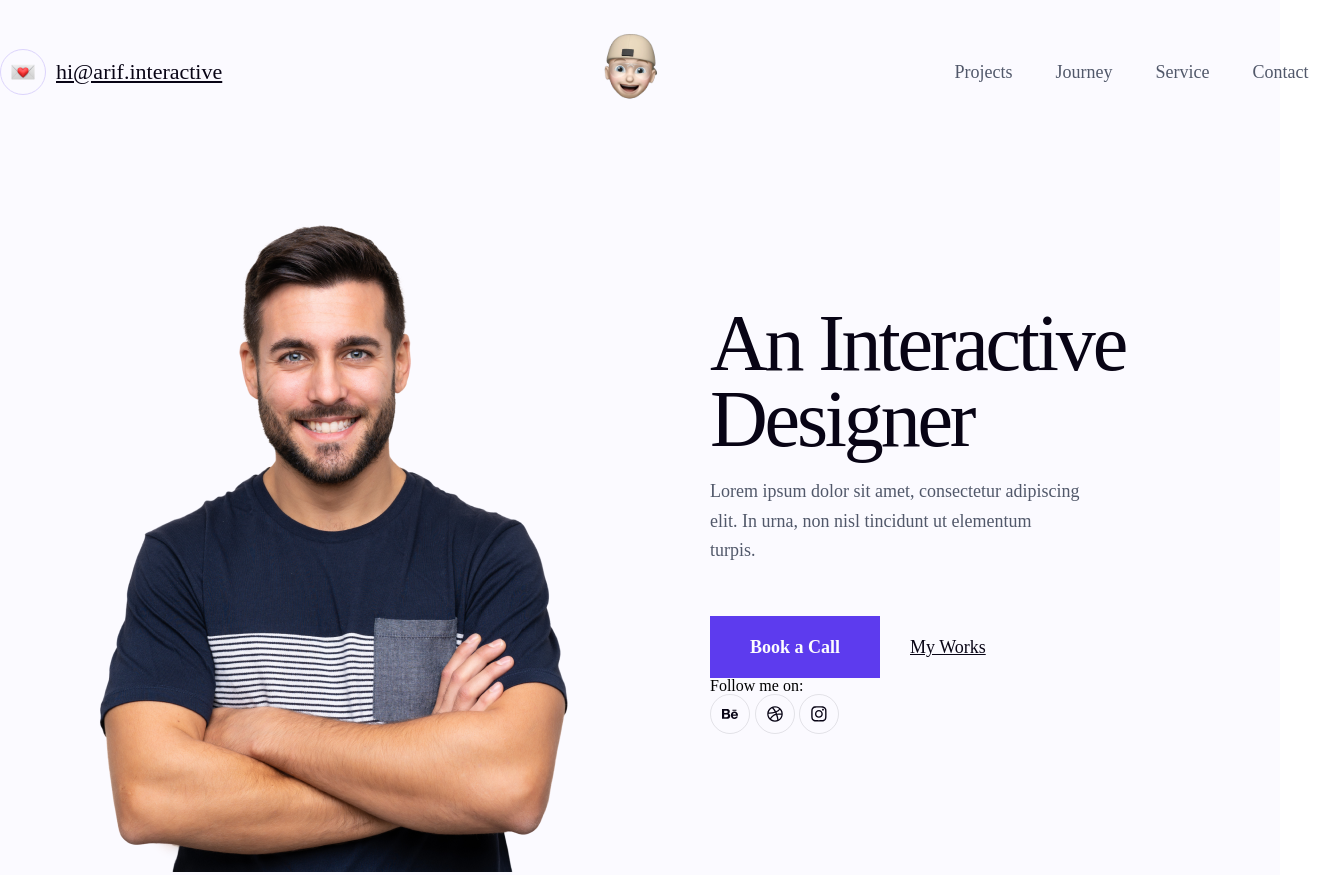
Repository: trantangtuan/project-06-grid-system12column-demo
Page: index.html
These files come from the project's save history. The page is drawn as it stood at one moment and after the next save; the edit follows.
The browser window is 1280 px wide. The page is 1330 px wide, so the pictures cover 1330 px, including what lies to the right of the window. The pictures show the whole page.

Above is the page before, as saved 2024-07-12 21:52:46.

### index.html
<!DOCTYPE html>
<html lang="en">
  <head>
    <meta charset="UTF-8" />
    <meta name="viewport" content="width=device-width, initial-scale=1.0" />
    <title>Project - 06 - use grid systerm 12 column</title>
    <!-- reset css -->
    <link rel="stylesheet" href="./assets/css/reset.css" />
    <!-- grid css -->
    <link rel="stylesheet" href="./assets/css/grid.css" />
    <!-- style css -->
    <link rel="stylesheet" href="./assets/css/style.css" />
    <!-- responsive css -->
    <link rel="stylesheet" href="./assets/css/responsive.css" />
  </head>
  <body>
    <!-- header -->
    <header class="header">
      <div class="nav">
        <div class="nav__mail">
          <div class="nav__mail-icon">
            <img
              class="nav__mail-img"
              src="./assets/img/mail-icon.png"
              alt="mail icon"
            />
          </div>
          <a
            href="mailto:nguyenvancuong0345723186@gmail.com"
            class="nav__mail-desc"
          >
            hi@arif.interactive
          </a>
        </div>
        <div class="logo">
          <img src="./assets/img/logo-boy.svg" alt="logo" class="logo-img" />
        </div>
        <ul class="navbar">
          <li>
            <a href="#!" class="navbar__item">Projects</a>
          </li>
          <li>
            <a href="#!" class="navbar__item">Journey</a>
          </li>
          <li>
            <a href="#!" class="navbar__item">Service</a>
          </li>
          <li>
            <a href="#!" class="navbar__item">Contact</a>
          </li>
        </ul>
      </div>
    </header>
    <!-- main -->
    <main class="main">
      <!-- hero -->
      <div class="hero">
        <div class="group-rectangle"></div>
        <div class="container">
          <div class="hero__left">
            <img
              src="./assets/img/hero-img.png"
              alt="image hero"
              class="hero__img"
            />
          </div>
          <div class="hero__right">
            <h1 class="hero__title">An Interactive Designer</h1>
            <p class="hero__desc">
              Lorem ipsum dolor sit amet, consectetur adipiscing elit. In urna,
              non nisl tincidunt ut elementum turpis.
            </p>
            <div class="hero__cta">
              <a href="#!" class="btn btn__book-call">Book a Call</a>
              <a href="#!" class="btn__my-detail">My Works</a>
            </div>
            <div class="hero__social-network">
              <span class="social-network__desc">Follow me on:</span>
              <div class="social-network__group">
                <a href="#!">
                  <img
                    src="./assets/img/Goggle.svg"
                    alt="goggle"
                    class="social-network__icon"
                  />
                </a>
                <a href="#!">
                  <img
                    src="./assets/img/icon.svg"
                    alt="icon"
                    class="social-network__icon"
                  />
                </a>
                <a href="#!">
                  <img
                    src="./assets/img/Instagram.svg"
                    alt="instagram"
                    class="social-network__icon"
                  />
                </a>
              </div>
            </div>
          </div>
        </div>
      </div>
    </main>
  </body>
</html>

### assets/css/grid.css
.container,
.container-fluid {
  --spacer: 10px;
  --column-size: 12;
  width: 100%;
  margin-left: auto;
  margin-right: auto;
  padding-left: calc(var(--spacer) / 2);
  padding-right: calc(var(--spacer) / 2);
}

.row {
  display: flex;
  flex-wrap: wrap;

  margin: 0px calc(-1 * var(--spacer) / 2);
}

.gutter-0 {
  --spacer: 0;
}

[class*="offset-"] {
  margin-left: calc(100% / var(--column-size) * var(--offset-value));
}

.offset-1 {
  --offset-value: 1;
}

.offset-2 {
  --offset-value: 2;
}

.offset-3 {
  --offset-value: 3;
}

.offset-4 {
  --offset-value: 4;
}

.offset-5 {
  --offset-value: 5;
}

.offset-6 {
  --offset-value: 6;
}

.offset-7 {
  --offset-value: 7;
}

.offset-8 {
  --offset-value: 8;
}

.offset-9 {
  --offset-value: 9;
}

.offset-10 {
  --offset-value: 10;
}

.offset-11 {
  --offset-value: 11;
}

.col,
.row[class*="row-cols-"] > *,
.row > [class*="col-"] {
  padding-left: calc(var(--spacer) / 2);
  padding-right: calc(var(--spacer) / 2);
}

.row[class*="row-cols-"] > *,
.row > [class*="col-"] {
  flex: 0 0 auto;
}

.row[class*="row-cols-"] > * {
  width: calc(100% / var(--row-cols-number));
}

.row-cols-1 > * {
  --row-cols-number: 1;
}

.row-cols-2 > * {
  --row-cols-number: 2;
}

.row-cols-3 > * {
  --row-cols-number: 3;
}

.row-cols-4 > * {
  --row-cols-number: 4;
}

.row-cols-5 > * {
  --row-cols-number: 5;
}

.row-cols-6 > * {
  --row-cols-number: 6;
}

.row > [class*="col-"] {
  width: calc(100% / var(--column-size) * var(--column-number));
}

.col-1 {
  --column-number: 1;
}

.col-2 {
  --column-number: 2;
}

.col-3 {
  --column-number: 3;
}

.col-4 {
  --column-number: 4;
}

.col-5 {
  --column-number: 5;
}

.col-6 {
  --column-number: 6;
}

.col-7 {
  --column-number: 7;
}

.col-8 {
  --column-number: 8;
}

.col-9 {
  --column-number: 9;
}

.col-10 {
  --column-number: 10;
}

.col-11 {
  --column-number: 11;
}

.col-12 {
  --column-number: 12;
}

/* // Small devices (landscape phones, 576px and up) */
@media (min-width: 576px) {
  .container {
    --spacer: 20px;
    width: 540px;
  }

  .gutter-sm-0 {
    --spacer: 0;
  }

  .offset-sm-1 {
    --offset-value: 1;
  }

  .offset-sm-2 {
    --offset-value: 2;
  }

  .offset-sm-3 {
    --offset-value: 3;
  }

  .offset-sm-4 {
    --offset-value: 4;
  }

  .offset-sm-5 {
    --offset-value: 5;
  }

  .offset-sm-6 {
    --offset-value: 6;
  }

  .offset-sm-7 {
    --offset-value: 7;
  }

  .offset-sm-8 {
    --offset-value: 8;
  }

  .offset-sm-9 {
    --offset-value: 9;
  }

  .offset-sm-10 {
    --offset-value: 10;
  }

  .offset-sm-11 {
    --offset-value: 11;
  }

  .col-sm-1 {
    --column-number: 1;
  }

  .col-sm-2 {
    --column-number: 2;
  }

  .col-sm-3 {
    --column-number: 3;
  }

  .col-sm-4 {
    --column-number: 4;
  }

  .col-sm-5 {
    --column-number: 5;
  }

  .col-sm-6 {
    --column-number: 6;
  }

  .col-sm-7 {
    --column-number: 7;
  }

  .col-sm-8 {
    --column-number: 8;
  }

  .col-sm-9 {
    --column-number: 9;
  }

  .col-sm-10 {
    --column-number: 10;
  }

  .col-sm-11 {
    --column-number: 11;
  }

  .col-sm-12 {
    --column-number: 12;
  }

  .row-cols-sm-1 > * {
    --row-cols-number: 1;
  }

  .row-cols-sm-2 > * {
    --row-cols-number: 2;
  }

  .row-cols-sm-3 > * {
    --row-cols-number: 3;
  }

  .row-cols-sm-4 > * {
    --row-cols-number: 4;
  }

  .row-cols-sm-5 > * {
    --row-cols-number: 5;
  }

  .row-cols-sm-6 > * {
    --row-cols-number: 6;
  }
}

/* // Medium devices (tablets, 768px and up) */
@media (min-width: 768px) {
  .container {
    width: 720px;
  }

  .gutter-md-0 {
    --spacer: 0;
  }

  .offset-md-1 {
    --offset-value: 1;
  }

  .offset-md-2 {
    --offset-value: 2;
  }

  .offset-md-3 {
    --offset-value: 3;
  }

  .offset-md-4 {
    --offset-value: 4;
  }

  .offset-md-5 {
    --offset-value: 5;
  }

  .offset-md-6 {
    --offset-value: 6;
  }

  .offset-md-7 {
    --offset-value: 7;
  }

  .offset-md-8 {
    --offset-value: 8;
  }

  .offset-md-9 {
    --offset-value: 9;
  }

  .offset-md-10 {
    --offset-value: 10;
  }

  .offset-md-11 {
    --offset-value: 11;
  }

  .col-md-1 {
    --column-number: 1;
  }

  .col-md-2 {
    --column-number: 2;
  }

  .col-md-3 {
    --column-number: 3;
  }

  .col-md-4 {
    --column-number: 4;
  }

  .col-md-5 {
    --column-number: 5;
  }

  .col-md-6 {
    --column-number: 6;
  }

  .col-md-7 {
    --column-number: 7;
  }

  .col-md-8 {
    --column-number: 8;
  }

  .col-md-9 {
    --column-number: 9;
  }

  .col-md-10 {
    --column-number: 10;
  }

  .col-md-11 {
    --column-number: 11;
  }

  .col-md-12 {
    --column-number: 12;
  }

  .row-cols-md-1 > * {
    --row-cols-number: 1;
  }

  .row-cols-md-2 > * {
    --row-cols-number: 2;
  }

  .row-cols-md-3 > * {
    --row-cols-number: 3;
  }

  .row-cols-md-4 > * {
    --row-cols-number: 4;
  }

  .row-cols-md-5 > * {
    --row-cols-number: 5;
  }

  .row-cols-md-6 > * {
    --row-cols-number: 6;
  }
}

/* // Large devices (desktops, 992px and up) */
@media (min-width: 992px) {
  .container {
    width: 960px;
    --spacer: 30px;
  }

  .gutter-lg-0 {
    --spacer: 0;
  }

  .offset-lg-1 {
    --offset-value: 1;
  }

  .offset-lg-2 {
    --offset-value: 2;
  }

  .offset-lg-3 {
    --offset-value: 3;
  }

  .offset-lg-4 {
    --offset-value: 4;
  }

  .offset-lg-5 {
    --offset-value: 5;
  }

  .offset-lg-6 {
    --offset-value: 6;
  }

  .offset-lg-7 {
    --offset-value: 7;
  }

  .offset-lg-8 {
    --offset-value: 8;
  }

  .offset-lg-9 {
    --offset-value: 9;
  }

  .offset-lg-10 {
    --offset-value: 10;
  }

  .offset-lg-11 {
    --offset-value: 11;
  }

  .col-lg-1 {
    --column-number: 1;
  }

  .col-lg-2 {
    --column-number: 2;
  }

  .col-lg-3 {
    --column-number: 3;
  }

  .col-lg-4 {
    --column-number: 4;
  }

  .col-lg-5 {
    --column-number: 5;
  }

  .col-lg-6 {
    --column-number: 6;
  }

  .col-lg-7 {
    --column-number: 7;
  }

  .col-lg-8 {
    --column-number: 8;
  }

  .col-lg-9 {
    --column-number: 9;
  }

  .col-lg-10 {
    --column-number: 10;
  }

  .col-lg-11 {
    --column-number: 11;
  }

  .col-lg-12 {
    --column-number: 12;
  }

  .row-cols-lg-1 > * {
    --row-cols-number: 1;
  }

  .row-cols-lg-2 > * {
    --row-cols-number: 2;
  }

  .row-cols-lg-3 > * {
    --row-cols-number: 3;
  }

  .row-cols-lg-4 > * {
    --row-cols-number: 4;
  }

  .row-cols-lg-5 > * {
    --row-cols-number: 5;
  }

  .row-cols-lg-6 > * {
    --row-cols-number: 6;
  }
}

/* // X-Large devices (large desktops, 1200px and up) */
@media (min-width: 1200px) {
  .container {
    width: 1170px;
  }

  .gutter-xl-0 {
    --spacer: 0;
  }

  .offset-xl-1 {
    --offset-value: 1;
  }

  .offset-xl-2 {
    --offset-value: 2;
  }

  .offset-xl-3 {
    --offset-value: 3;
  }

  .offset-xl-4 {
    --offset-value: 4;
  }

  .offset-xl-5 {
    --offset-value: 5;
  }

  .offset-xl-6 {
    --offset-value: 6;
  }

  .offset-xl-7 {
    --offset-value: 7;
  }

  .offset-xl-8 {
    --offset-value: 8;
  }

  .offset-xl-9 {
    --offset-value: 9;
  }

  .offset-xl-10 {
    --offset-value: 10;
  }

  .offset-xl-11 {
    --offset-value: 11;
  }

  .col-xl-1 {
    --column-number: 1;
  }

  .col-xl-2 {
    --column-number: 2;
  }

  .col-xl-3 {
    --column-number: 3;
  }

  .col-xl-4 {
    --column-number: 4;
  }

  .col-xl-5 {
    --column-number: 5;
  }

  .col-xl-6 {
    --column-number: 6;
  }

  .col-xl-7 {
    --column-number: 7;
  }

  .col-xl-8 {
    --column-number: 8;
  }

  .col-xl-9 {
    --column-number: 9;
  }

  .col-xl-10 {
    --column-number: 10;
  }

  .col-xl-11 {
    --column-number: 11;
  }

  .col-xl-12 {
    --column-number: 12;
  }

  .row-cols-xl-1 > * {
    --row-cols-number: 1;
  }

  .row-cols-xl-2 > * {
    --row-cols-number: 2;
  }

  .row-cols-xl-3 > * {
    --row-cols-number: 3;
  }

  .row-cols-xl-4 > * {
    --row-cols-number: 4;
  }

  .row-cols-xl-5 > * {
    --row-cols-number: 5;
  }

  .row-cols-xl-6 > * {
    --row-cols-number: 6;
  }
}

### assets/css/style.css
:root {
  --primary-color: #5d3bee;
  --secondary-color: #51586a;
}

*,
::after,
::before {
  box-sizing: border-box;
}

html {
  font-size: 62.5%;
}

body {
  font-size: 1.6rem;
}

.item {
  /* width: 33.3333%; */
  border: 1px dashed orange;
  flex: 1 0;
}

/* ======================common======================== */

a {
  text-decoration: none;
  color: var(--secondary-color);
  font-size: 1.8rem;
  font-style: normal;
  font-weight: 400;
}

.btn {
  display: inline-block;
  height: 62px;
  min-width: 170px;
  background-color: var(--primary-color);
  padding: 0px 8px;
  color: #fdfdfd;
  font-size: 1.8rem;
  font-style: normal;
  font-weight: 700;
  line-height: 62px;
  text-align: center;
}

/* ==========================header========================= */

.header {
  background-color: #fbfaff;
  padding-top: 20px;
}

.nav {
  width: 1330px;
  margin: 0px auto;
  display: flex;
  align-items: center;
}

.nav__mail {
  display: flex;
  align-items: center;
  gap: 0 10px;
}

.nav__mail-icon {
  width: 46px;
  height: 46px;
  border-radius: 50%;
  border: 1px solid #dcd4fc;
  display: flex;
  align-items: center;
  justify-content: center;
}

.nav__mail-desc {
  color: #080415;
  font-size: 2.2rem;
  font-style: normal;
  font-weight: 500;
  line-height: 136.364%;
  text-decoration: underline;
}

.logo {
  margin-left: 357px;
}

.logo-img {
  height: 100px;
  width: 100px;
}

.navbar {
  margin-left: auto;
  display: flex;
  align-items: center;
}

.navbar__item {
  padding: 8px 21.5px;
}

/* ========================main================== */
/* hero */

.hero {
  padding-top: 44px;
  background-color: #fbfaff;
}

.hero > .container {
  display: flex;
  align-items: center;
}

.hero__img {
  width: 514px;
}

.hero__right {
  width: 500px;
  margin-left: auto;
}

.hero__title {
  color: #080415;
  font-size: 8rem;
  font-style: normal;
  font-weight: 500;
  line-height: 95%;
  letter-spacing: -3.2px;
}

.hero__desc {
  width: 370px;
  margin-top: 20px;
  color: #51586a;
  font-size: 1.8rem;
  font-style: normal;
  font-weight: 400;
  line-height: 166.667%;
}

.hero__cta {
  margin-top: 50px;
  display: flex;
  align-items: center;
  gap: 30px;
}

.btn__my-detail {
  background-color: transparent;
  color: #080415;
  text-decoration: underline;
}

Loaded but not shown: assets/css/reset.css (common file); assets/css/responsive.css (no stored copy; drawn as an empty file)

After the next save:
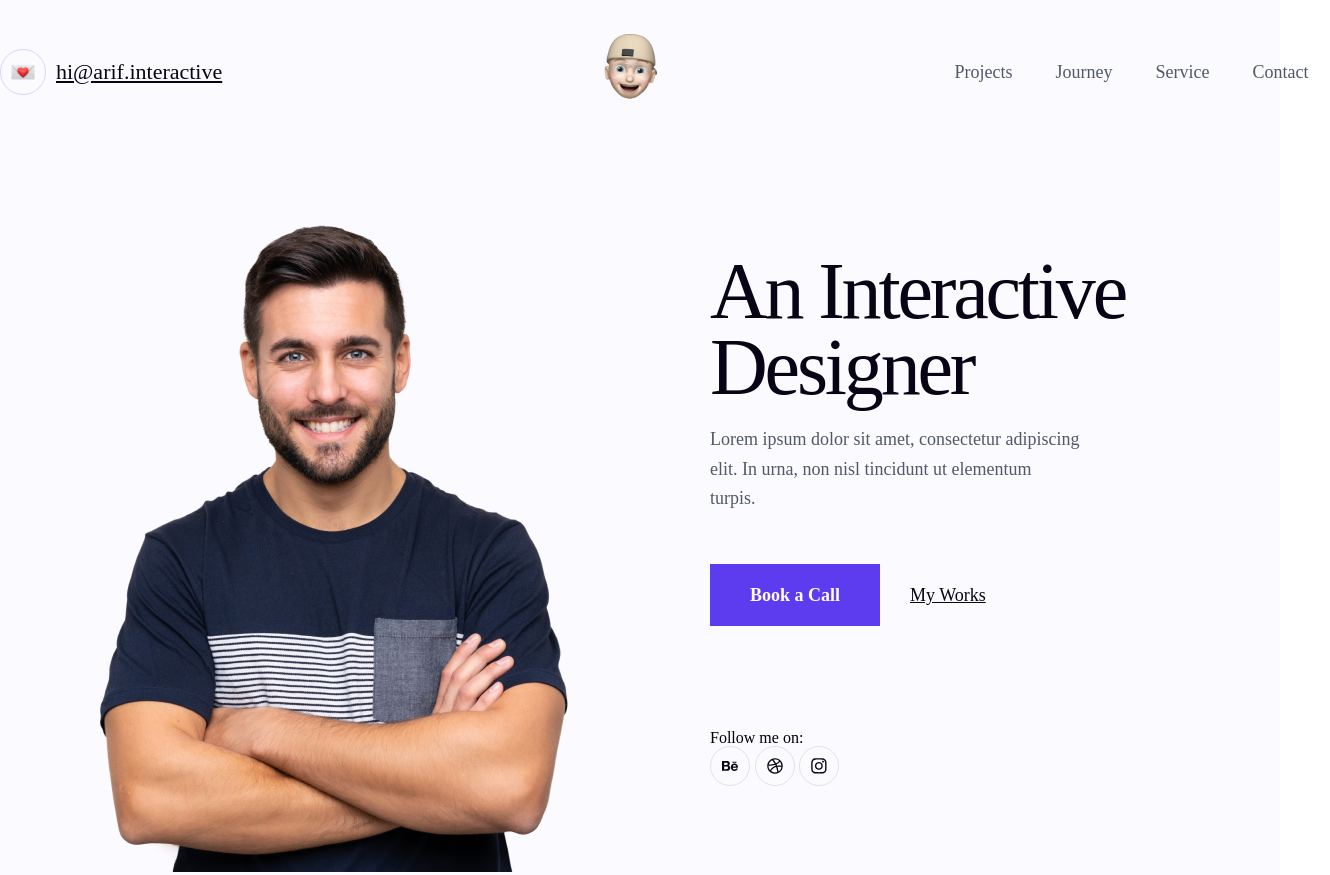
Saved 55 s later.
--- a/assets/css/style.css
+++ b/assets/css/style.css
@@ -158,3 +158,7 @@ a {
   color: #080415;
   text-decoration: underline;
 }
+
+.hero__social-network {
+  margin-top: 104px;
+}
